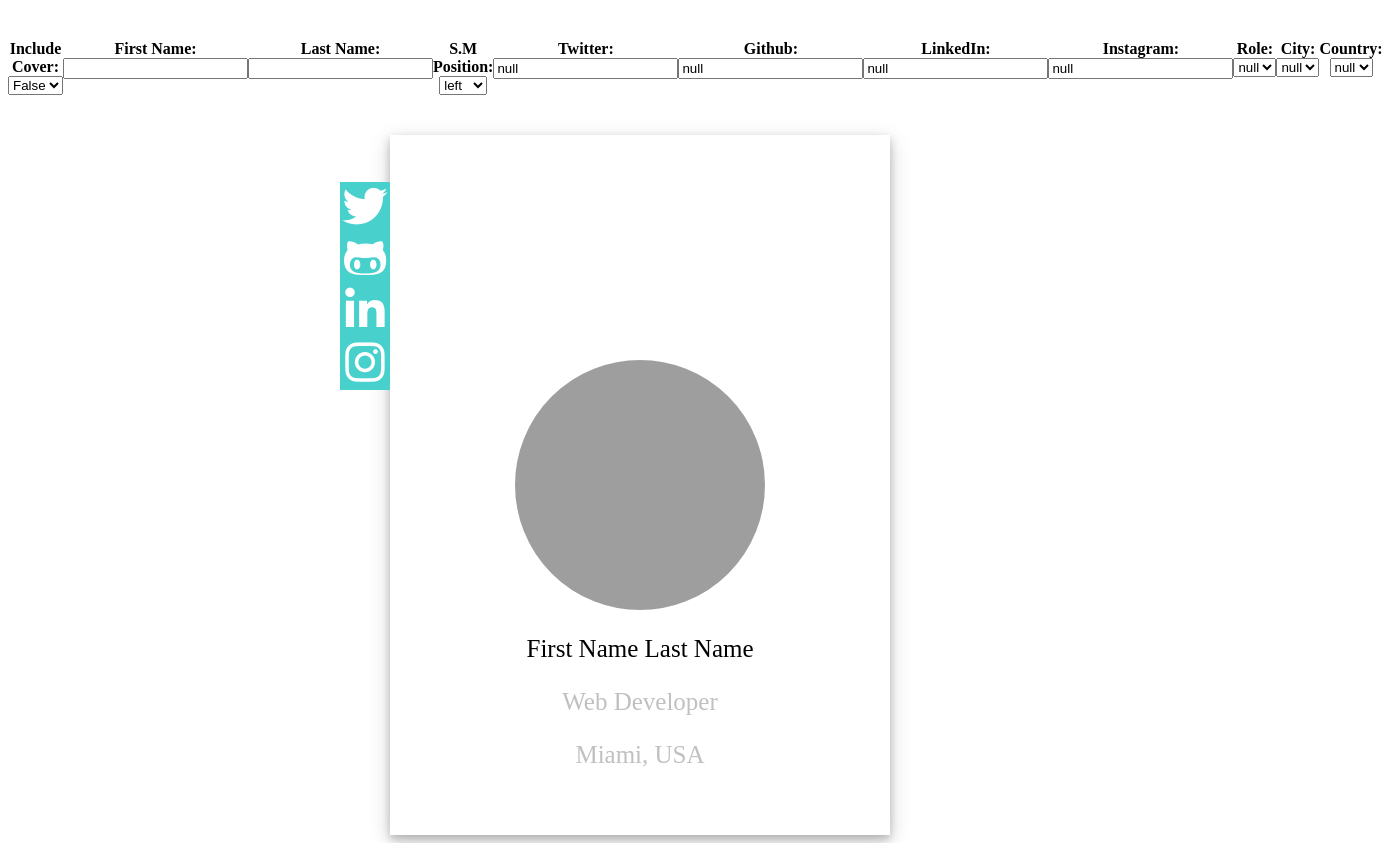
Repository: DJaye33/conditional-profile-card
Page: index.html
The author's editor kept a record of every edit. The page is drawn from the files as they stood at one moment, then again after the next edit.
The browser window is 1280 px wide. The page is 1383 px wide, so the pictures cover 1383 px, including what lies to the right of the window. The pictures show the whole page.
Pictures or frames that could not be fetched are drawn as grey boxes. Some web libraries are served in a nearby version.

Above is the page before.

After the next edit:
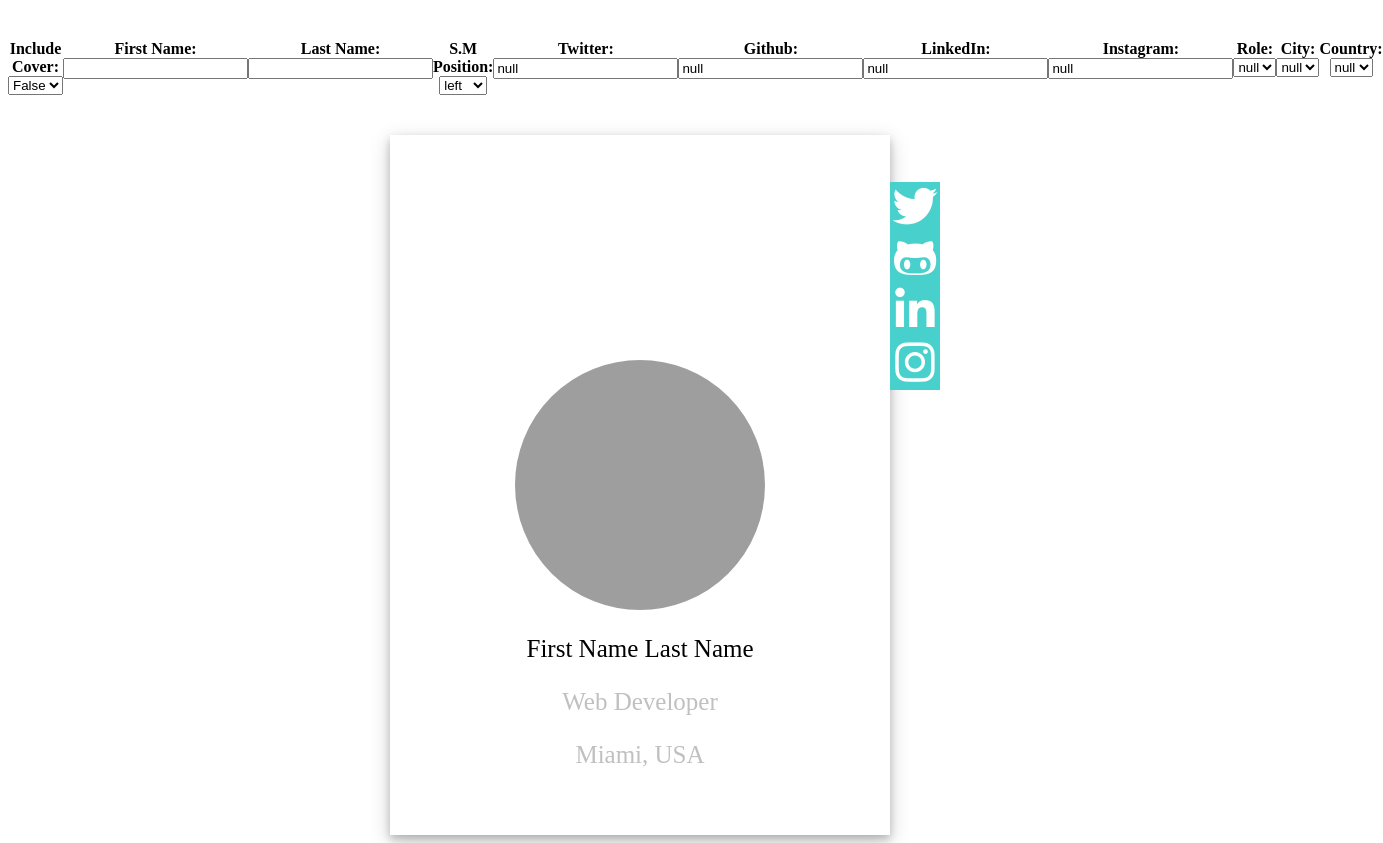
The edit:
--- a/profileCard.css
+++ b/profileCard.css
@@ -80,14 +80,14 @@
     bottom: 400px;
 }
 
-.left {
-    position: absolute;
-    list-style-type: none;
-    right: 100%;
-    padding: 0;
-    bottom: 400px;
-
-}
+/*.left {
+    */
+    /*    position: absolute;*/
+    /*    list-style-type: none;*/
+    /*    right: 100%;*/
+    /*    padding: 0;*/
+    /*    bottom: 400px;*/
+    /*}*/
 
 #social-links {
     background: #48D1CC;
